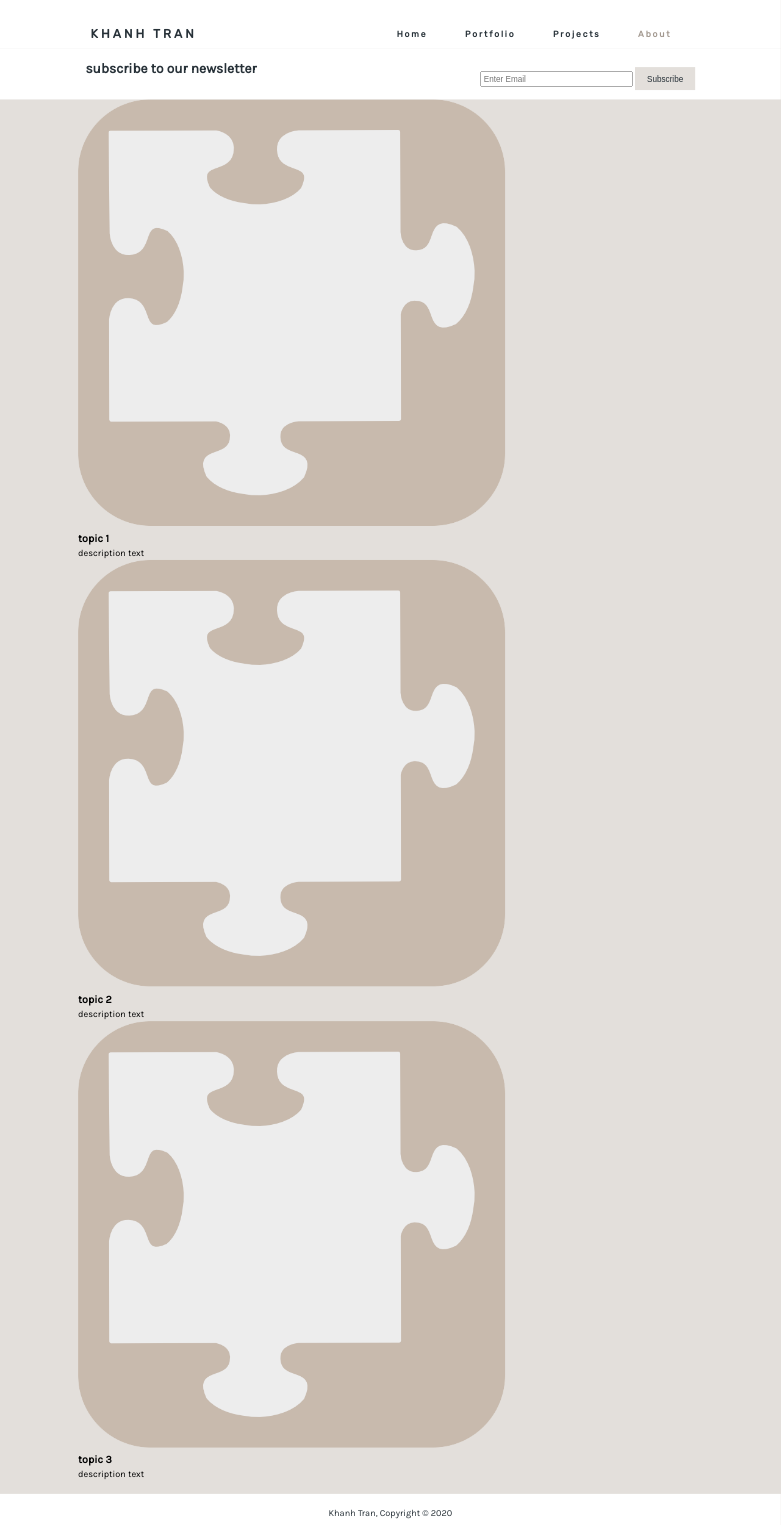
Repository: KTPo/KTPo.github.io
Page: about.html
The author's editor kept a record of every edit. The page is drawn from the files as they stood at one moment, then again after the next edit.
The browser window is 1280 px wide. The pictures show the whole page, at 61% of full size.

Above is the page before.

### about.html
<!DOCTYPE html>
<html>
    <head>
        <title>About | Khanh's Webpage</title>
        <link rel='icon' href='./previewImages/puzzle.png' type='image/x-icon'/ >
        <link href="https://fonts.googleapis.com/css2?family=Rubik&display=swap" rel="stylesheet">
        <link href="https://fonts.googleapis.com/css2?family=Karla&display=swap" rel="stylesheet">
        <link rel="stylesheet" type="text/css" href="style.css">

        <meta name = "viewport" content = "width=device-width">
        <meta name="description" content="Personal Website">
        <meta name="keywords" content="khanhtran, khanhtranCV">
        <meta name="author" content="Khanh Tran">




    </head>
    <body>
        <header>
            <nav>
                <div class = "logo">
                    <h4><a href = "index.html">Khanh Tran</a></h4>
                </div>
                <ul class = "nav-links">
                    <li><a href = "index.html">Home</a></li>
                    <li><a href = "portfolio.html">Portfolio</a></li>
                    <li><a href = "projects.html">Projects</a></li>
                    <li class = "active"><a href = "about.html">About</a></li>
                </ul>
                <div class = "burger">
                    <div class = "line1"></div>
                    <div class = "line2"></div>
                    <div class = "line3"></div>
                </div>

            </nav>

        </header>
        <script src = "app.js" type='text/javascript'></script>


        <section id = "newsletter">
            <div class = "container">
                <h1>subscribe to our newsletter</h1>
                <form>
                    <input type = "email" placeholder = "Enter Email">
                    <button type = "submit" class = "button_1">Subscribe</button>
                </form>
            </div>
        </section>

        <section id = "main">
            <div class = "container">
                <div class = "box">
                    <img src = "./previewImages/puzzle.png">
                    <h3>topic 1</h3>
                    <p>description text</p>
                </div>
                <div class = "box">
                    <img src = "./previewImages/puzzle.png">
                    <h3>topic 2</h3>
                    <p>description text</p>
                </div>
                <div class = "box">
                    <img src = "./previewImages/puzzle.png">
                    <h3>topic 3</h3>
                    <p>description text</p>
                </div>
            </div>
        </section>

        <footer>
            <p>Khanh Tran, Copyright &copy; 2020</p>
        </footer>


    </body>
</html>



<!--- add sticky bar for music???? --->

### style.css
*{
    margin:0px;
    padding:0px;
    box-sizing:border-box;
}
/* nav bar */
body{
    background-color:#e3dfdb;
    font:15px/1.5 'Karla',sans-serif;
}
nav{
    display:flex;
    justify-content:space-around;
    align-items:center;
    min-height:8vh;
    font-family: 'Rubik', sans-serif;
    background-color:#ffffff;/*#e3dfdb*/

    padding-top:40px;
    padding-bottom:10px;


}

.logo{
    text-transform: uppercase;
    letter-spacing:5px;
    font-size:20px;
}

.logo a{
   color:#273138;
   text-decoration:none;
}

.nav-links{
    display:flex;
    justify-content:space-around;
    width:40%;
}

.nav-links li{
    list-style:none;
}

.nav-links .active a{
    color:#a39990;
    font-weight:bold;
}
.nav-links a{
    color:#273138;
    text-decoration:none;
    letter-spacing:3px;
    font-weight:bold;
    font-size:14px;
}
.nav-links .active a:hover{
    color:#c7b9ad;
    text-decoration:underline;
}
.nav-links a:hover{
    color:#555c61;
    text-decoration:underline;
}

a #active{
    color:white;
}

.burger{
    display:none;
    cursor:pointer;
}

.burger div{
    width:30px;
    height: 3px;
    background-color:#273138;
    margin:5px;
    transition:all 0.3s ease;
}

@media screen and (max-width:1024px){
    .nav-links{
        display:flex;
        justify-content:space-around;
        width:60%;
    }
}

@media screen and (max-width:768px){
    body{
        overflow-x:hidden;
    }
    .nav-links{
        position: absolute;
        right:0px;
        height:92vh;
        top:8vh;
        background-color:#ffffff;
        align-items:center;
        display:flex;
        flex-direction:column;
        width:50%;
        transform:translateX(100%);
        transition: 0.5s ease-in;

        padding-top:35px;
        /*padding-left:5px;
        padding-right:5px;*/


    }
    .nav-links li{
        opacity:0;
    }
    .burger{
        display:block;
    }
}

.nav-active{
    transform:translateX(0%);
}

@keyframes navLinkFade{
    from{
        opacity:0;
        transform:translateX(50px);
    }
    to{
        opacity:1;
        transform:translateX(0px);
    }
}

.toggle .line1{
    transform:rotate(-45deg) translate(-5px,6px);
}
.toggle .line2{
    opacity:0;
}
.toggle .line3{
    transform:rotate(45deg) translate(-5px,-6px);
}

/* end nav bar*/

/*Global*/
.container{
    width:80%;
    margin:auto;
    overflow:hidden;
}

.button_1{
    height:38px;
    background:#e3dfdb;
    border:none;
    padding-left:20px;
    padding-right:20px;
    color:#273138;
}

/* Showcase */

#showcase{
    min-height:400px;
    background:url('./previewImages/alaska.png') no-repeat ;
    text-align:center;
    color:#ffffff;

}

#showcase h1{
    margin-top:100px;
    font-size:55px;
    margin-bottom:10px;
}

#showcase p{
    font-size:20px;
}

#newsletter{
    padding:15px;
    color:#273138;
    background:#ffffff;
}

#newsletter h1{
    float:left;
}

#newsletter form{
    float:right;
    margin-top:15px;
}

#newsletter input[type="email"]{
    padding:4px;
    height:25px;
    width:250px;
}

#boxes{
    margin-top:20px;
}

#boxes .box{
    float:left;
    width:30%;
    padding:10px;
    text-align:center;

}

#boxes .box img{
    width:90px;
}

footer{
    padding:20px;
    margin-top:20px;
    color:#273138;
    background-color:#ffffff;
    text-align:center;
}

/*side bar*/

aside #sidebar{
    float:right;
    width:30%;
    margin-top:10px;
}

/*main column*/
article #main-col{
    float:left;
    width:65%;
}

Loaded but not shown: app.js (no copy from this time; the picture is the same without it)

After the next edit:
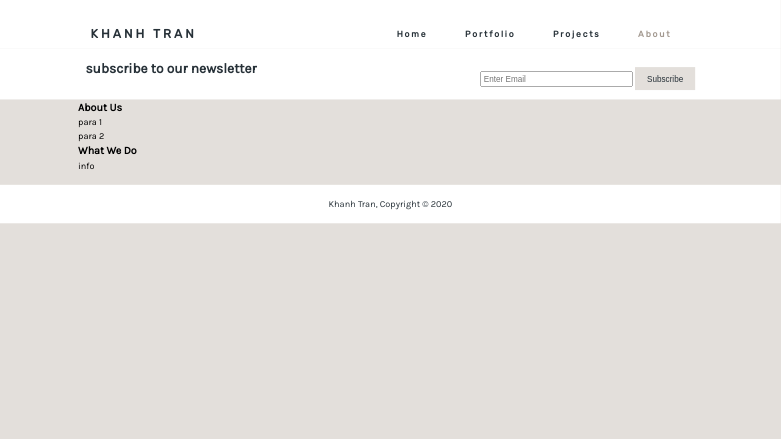
The edit:
--- a/about.html
+++ b/about.html
@@ -52,21 +52,18 @@
 
         <section id = "main">
             <div class = "container">
-                <div class = "box">
-                    <img src = "./previewImages/puzzle.png">
-                    <h3>topic 1</h3>
-                    <p>description text</p>
-                </div>
-                <div class = "box">
-                    <img src = "./previewImages/puzzle.png">
-                    <h3>topic 2</h3>
-                    <p>description text</p>
-                </div>
-                <div class = "box">
-                    <img src = "./previewImages/puzzle.png">
-                    <h3>topic 3</h3>
-                    <p>description text</p>
-                </div>
+                <article id = "main-col">
+                    <h1 class = "page-title">About Us</h1>
+                    <p>para 1</p>
+                    <p>para 2</p>
+                </article>
+
+                <aside id = "sidebar">
+                    <div class = "dark"></div>
+                        <h3>What We Do</h3>
+                        <p>info</p>
+                    </div>
+                </aside>
             </div>
         </section>
 
